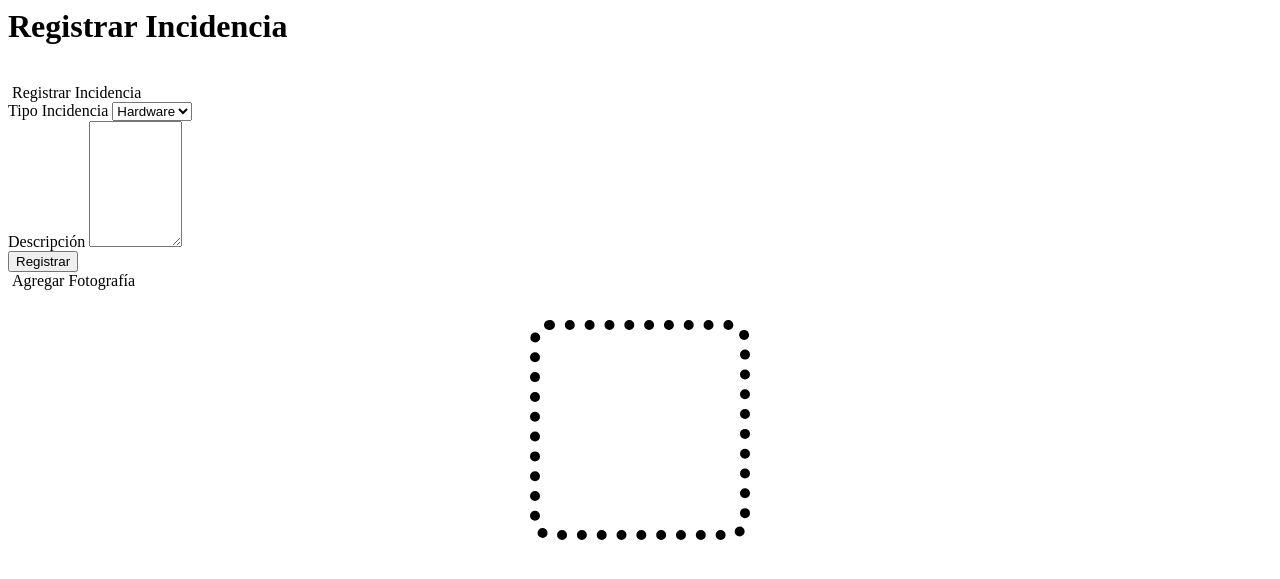
Repository: androla10/ProyectoCibert5to
Page: http://localhost/GDI/Incidencia/RegistrarIncidencia.jsp
These files come from the project's save history. The page is drawn as it stood at one moment and after the next save; the edit follows.
The browser window is 1280 px wide. The pictures show the whole page.
The page is served by Tomcat 9. Nobody is signed in. The application's start-up code is not run. Other server files are loaded and not shown.

Above is the page before, as saved 2016-05-10 22:50:24.
Console error: ReferenceError: $ is not defined

### GDI/src/main/webapp/Incidencia/RegistrarIncidencia.jsp
<script type="text/javascript">
	$(function() {

		$('#dropzone').on('dragover', function() {
			$(this).addClass('hover');
		});

		$('#dropzone').on('dragleave', function() {
			$(this).removeClass('hover');
		});

		$('#dropzone input')
				.on(
						'change',
						function(e) {
							var file = this.files[0];

							$('#dropzone').removeClass('hover');

							if (this.accept
									&& $.inArray(file.type, this.accept
											.split(/, ?/)) == -1) {
								return alert('File type not allowed.');
							}

							$('#dropzone').addClass('dropped');
							$('#dropzone img').remove();

							if ((/^image\/(gif|png|jpeg)$/i).test(file.type)) {
								var reader = new FileReader(file);

								reader.readAsDataURL(file);

								reader.onload = function(e) {
									var data = e.target.result, $img = $(
											'<img />').attr('src', data)
											.fadeIn();

									$('#dropzone div').html($img);
								};
							} else {
								var ext = file.name.split('.').pop();

								$('#dropzone div').html(ext);
							}
						});
	});
</script>
<style>
#dropzone {
	position: relative;
	border: 10px dotted #000;
	border-radius: 20px;
	color: white;
	font: bold 24px/200px arial;
	height: 200px;
	margin: 30px auto;
	text-align: center;
	width: 200px;
}

#dropzone.hover {
	border: 10px solid #FE5;
	color: #FE5;
}

#dropzone.dropped {
	background: #222;
	border: 10px solid #444;
}

#dropzone div {
	position: absolute;
	top: 0;
	right: 0;
	bottom: 0;
	left: 0;
}

#dropzone img {
	border-radius: 10px;
	vertical-align: middle;
	max-width: 95%;
	max-height: 95%;
}

#dropzone [type="file"] {
	cursor: pointer;
	position: absolute;
	width: 200px;
	opacity: 0;
	top: 0;
	right: 0;
	bottom: 0;
	left: 0;
}
</style>
<div class="container-fluid">
	<h1 class="text-center">Registrar Incidencia</h1>
	<br>
	<div class="panel-primary">
		<div class="panel-heading">
			<i class="fa fa-user fa-1x"></i>&nbsp;Registrar Incidencia
		</div>
		<div class="panel-body">
			<form action="" id="formRegistroIncidencia">
				<div class="row">
					<div class="col-xs-12 col-sm-12 col-md-6 col-lg-6">
						<div class="form-group">
							<label for="tipoIncidencia">Tipo Incidencia</label> <select
								class="form-control" name="incidencia.TipoIncidencia"
								id="tipoIncidencia">
								<option value="1">Hardware</option>
								<option value="2">Software</option>
							</select>
						</div>
						<div class="form-group">
							<label for="descripcion">Descripción</label>
							<textarea type="text" class="form-control"
								name="usuario.apellido" id="descripcion" rows="8" cols="9"></textarea>
						</div>
						<button type="submit" class="btn btn-primary">Registrar</button>
					</div>
					<div class="col-xs-12 col-sm-12 col-sm-6 col-lg-6">
						<div class="form-group">
							<label for="archivo"><i class="fa fa-file-image-o fa-1x"></i>&nbsp;Agregar
								Fotografía</label>
							<div id="dropzone">
								<div>dropzone</div>
								<input type="file" accept="image/png, application/pdf" />
							</div>
						</div>
					</div>
				</div>
			</form>

		</div>
	</div>
</div>

After the next save:
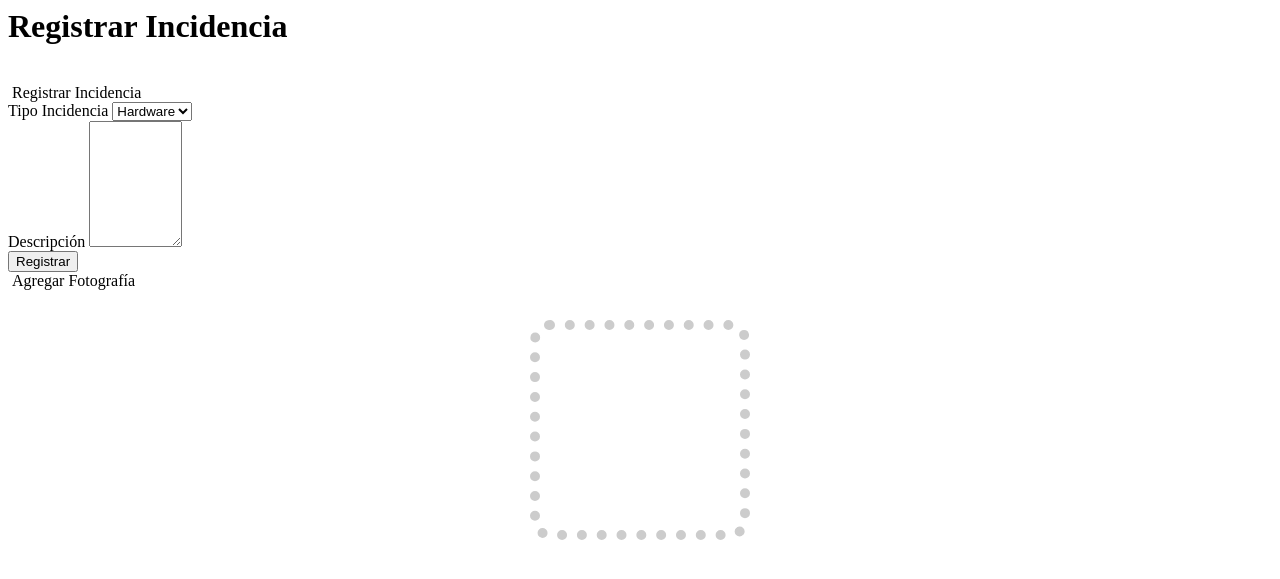
Saved 7 s later.
--- a/GDI/src/main/webapp/Incidencia/RegistrarIncidencia.jsp
+++ b/GDI/src/main/webapp/Incidencia/RegistrarIncidencia.jsp
@@ -49,7 +49,7 @@
 <style>
 #dropzone {
 	position: relative;
-	border: 10px dotted #000;
+	border: 10px dotted #ccc;
 	border-radius: 20px;
 	color: white;
 	font: bold 24px/200px arial;
